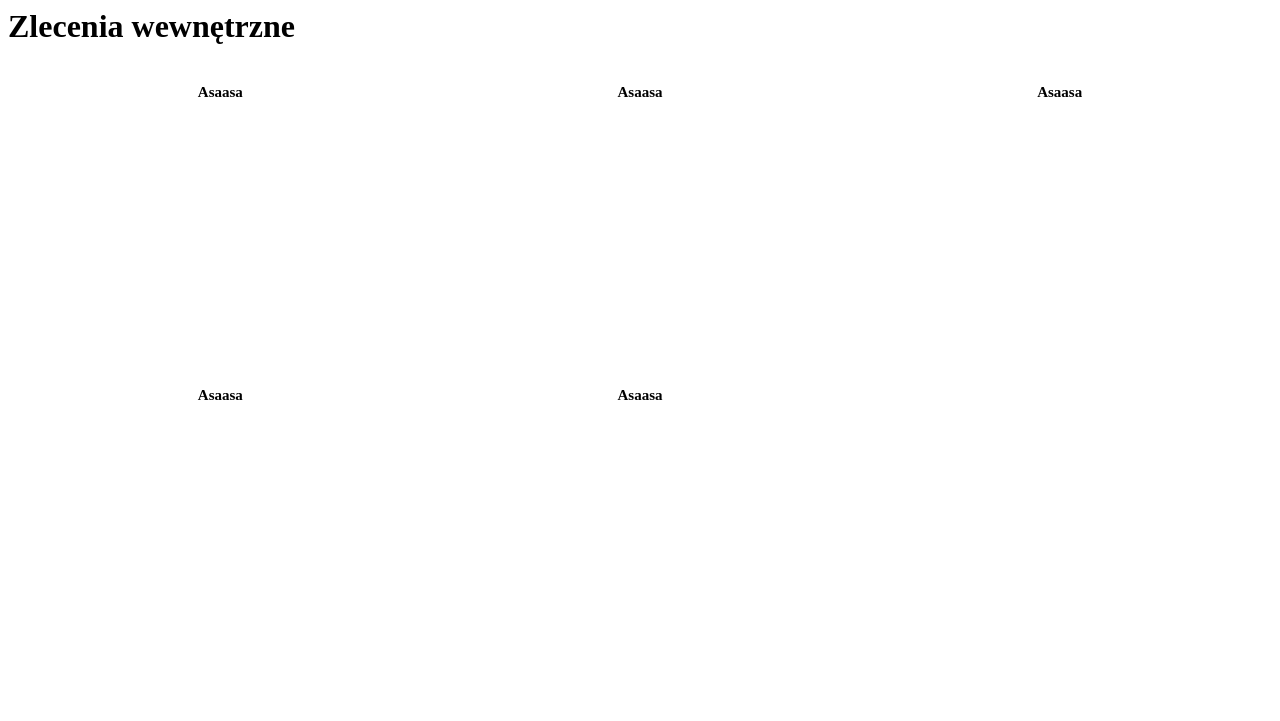
Repository: emdes515/EHpanel
Page: html/dashboardZleceniaWewnetrzne.html
These files come from the project's save history. The page is drawn as it stood at one moment and after the next save; the edit follows.
The browser window is 1280 px wide. The pictures show the whole page.

Above is the page before, as saved 2024-04-18 09:19:00.
Console error: ReferenceError: $ is not defined

### html/dashboardZleceniaWewnetrzne.html
<style>
	* {
		box-sizing: border-box;
	}
	h2 {
		font-size: 15px;
		margin-bottom: 5px;
		height: 10%;
		text-align: center;
	}

	.gridWrapper {
		display: grid;
		grid-template-columns: 1fr 1fr 1fr;
		width: 100%;
		height: 85vh;
		padding: 5px;
		gap: 5px;
	}

	.element {
		width: 100%;
		height: 100%;
	}

	.elementPulpit {
		width: 100%;
		height: 100%;
	}
</style>

<h1 class="text-center w-100">Zlecenia wewnętrzne</h1>

<div class="gridWrapper">
	<div class="element">
		<h2>Asaasa</h2>
		<div
			id="dashboardZleceniaWewnetrzneDzialyZglaszajacePulpit"
			class="elementPulpit"></div>
	</div>
	<div class="element">
		<h2>Asaasa</h2>
		<div
			id="dashboardZleceniaWewnetrzneRodzajeWnioskowanejPracyPulpit"
			class="elementPulpit"></div>
	</div>
	<div class="element">
		<h2>Asaasa</h2>
		<div
			id="dashboardZleceniaWewnetrzneRodzajeZalaczanychDokumentowPulpit"
			class="elementPulpit"></div>
	</div>
	<div class="element">
		<h2>Asaasa</h2>
		<div
			id="dashboardZleceniaWewnetrzneRynkiPulpit"
			class="elementPulpit"></div>
	</div>
	<div class="element">
		<h2>Asaasa</h2>
		<div
			id="dashboardZleceniaWewnetrzneTypyWnioskowPulpit"
			class="elementPulpit"></div>
	</div>
</div>

<!-- <div
	class="d-grid container-fluid text-center"
	style="height: 90%">
	<div class="row">
		<div
			class="col border-primary"
			id="dashboardZleceniaWewnetrzneDzialyZglaszajace">
			<h2 style="height: 10%">Działy zgłaszające</h2>
			<div id="dashboardZleceniaWewnetrzneDzialyZglaszajacePulpit"></div>
		</div>

		<div
			class="col border-primary"
			id="dashboardZleceniaWewnetrzneRodzajeWnioskowanejPracy">
			<h2 style="height: 10%">Rodzaje wnioskowanej parcy</h2>
			<div id="dashboardZleceniaWewnetrzneRodzajeWnioskowanejPracyPulpit"></div>
		</div>

		<div
			class="col border-primary"
			id="dashboardZleceniaWewnetrzneRodzajeZalaczanychDokumentow">
			<h2 style="height: 10%">Rodzaje zalączanych dokumentów</h2>
			<div id="dashboardZleceniaWewnetrzneRodzajeZalaczanychDokumentowPulpit"></div>
		</div>
	</div>

	<div class="row">
		<div
			class="col-4"
			id="dashboardZleceniaWewnetrzneRynki">
			<h2 style="height: 10%">Wewnętrze rynki</h2>
			<div id="dashboardZleceniaWewnetrzneRynkiPulpit"></div>
		</div>

		<div
			class="col-4"
			id="dashboardZleceniaWewnetrzneTypyWnioskow">
			<h2 style="height: 15%">Wewnetrzne typy wniosków</h2>
			<div id="dashboardZleceniaWewnetrzneTypyWnioskowPulpit"></div>
		</div>
	</div> -->

	<script
		type="text/javascript"
		src="js/dashboardZleceniaWewnetrzne.js"></script>
</div>

### js/dashboardZleceniaWewnetrzne.js
$(document).ready(function () {
	const daneJSON = wczytajDane('php/index.php', {
		modul: 'dashboardZleceniaWewnetrzne',
		funkcja: 'wczytaj',
		idPracownika: wczytajDane('php/index.php', {
			modul: 'logowanie',
			funkcja: 'getIdPracownika',
		}).wynik,
	});

	if (daneJSON['menu_zleceniaWewnetrzne_dzialZglaszajacy'].menu_zleceniaWewnetrzne_dzialZglaszajacy)
		$('#dashboardZleceniaWewnetrzneDzialyZglaszajacePulpit').html(
			daneJSON['menu_zleceniaWewnetrzne_dzialZglaszajacy'].html
		);
	else $('#dashboardZleceniaWewnetrzneDzialyZglaszajacePulpit').load('html/brakUprawnien.html');

	if (
		daneJSON['menu_zleceniaWewnetrzne_rodzajWnioskowanejPracy']
			.menu_zleceniaWewnetrzne_rodzajWnioskowanejPracy
	)
		$('#dashboardZleceniaWewnetrzneRodzajeWnioskowanejPracyPulpit').html(
			daneJSON['menu_zleceniaWewnetrzne_rodzajWnioskowanejPracy'].html
		);
	else
		$('#dashboardZleceniaWewnetrzneRodzajeWnioskowanejPracyPulpit').load('html/brakUprawnien.html');

	if (
		daneJSON['menu_zleceniaWewnetrzne_rodzajZalaczanychDokumentow']
			.menu_zleceniaWewnetrzne_rodzajZalaczanychDokumentow
	)
		$('#dashboardZleceniaWewnetrzneRodzajeZalaczanychDokumentowPulpit').html(
			daneJSON['menu_zleceniaWewnetrzne_rodzajZalaczanychDokumentow'].html
		);
	else
		$('#dashboardZleceniaWewnetrzneRodzajeZalaczanychDokumentowPulpit').load(
			'html/brakUprawnien.html'
		);

	if (daneJSON['menu_zleceniaWewnetrzne_rynkek'].menu_zleceniaWewnetrzne_rynkek)
		$('#dashboardZleceniaWewnetrzneRynkiPulpit').html(
			daneJSON['menu_zleceniaWewnetrzne_rynkek'].html
		);
	else $('#dashboardZleceniaWewnetrzneRynkiPulpit').load('html/brakUprawnien.html');

	if (daneJSON['menu_zleceniaWewnetrzne_typWniosku'].menu_zleceniaWewnetrzne_typWniosku)
		$('#dashboardZleceniaWewnetrzneTypyWnioskowPulpit').html(
			daneJSON['menu_zleceniaWewnetrzne_typWniosku'].html
		);
	else $('#dashboardZleceniaWewnetrzneTypyWnioskowPulpit').load('html/brakUprawnien.html');
});

After the next save:
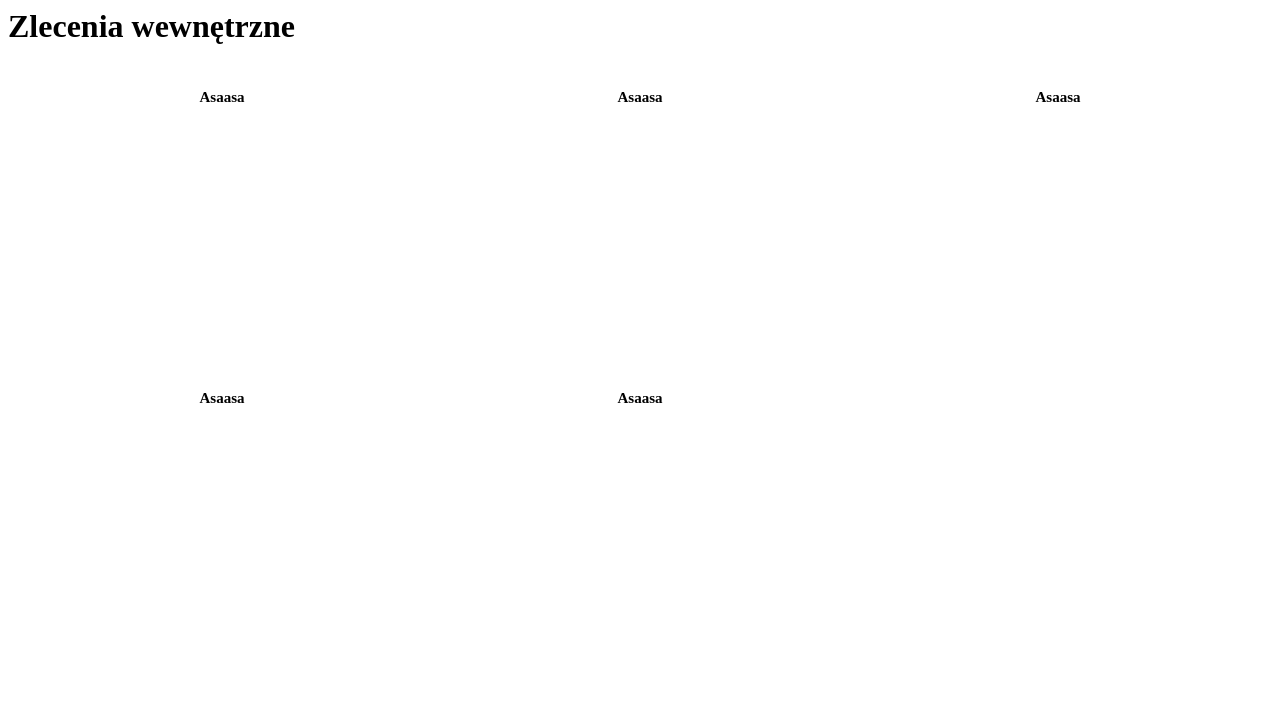
Saved 48 s later.
--- a/html/dashboardZleceniaWewnetrzne.html
+++ b/html/dashboardZleceniaWewnetrzne.html
@@ -14,8 +14,8 @@
 		grid-template-columns: 1fr 1fr 1fr;
 		width: 100%;
 		height: 85vh;
-		padding: 5px;
-		gap: 5px;
+		padding: 10px;
+		gap: 10px;
 	}
 
 	.element {
